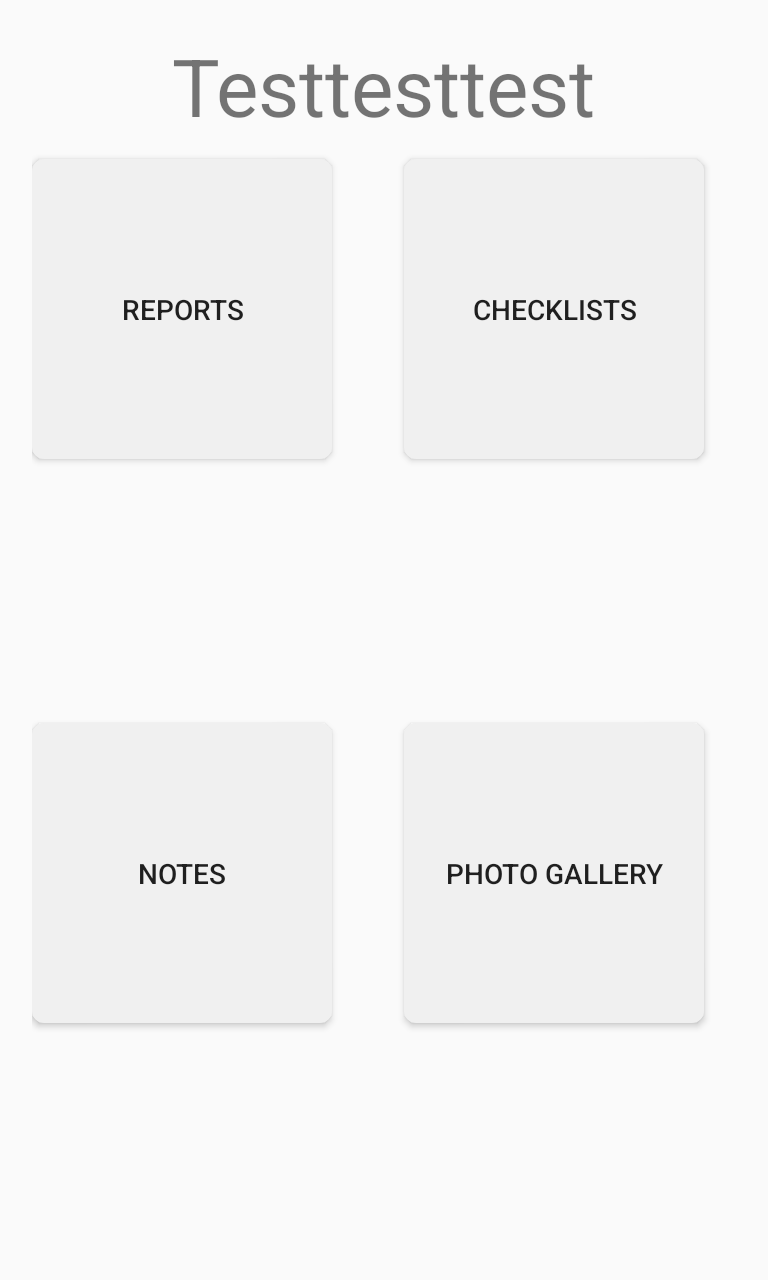
Repository: TheDizzler/shiny-octo-robot
Layout: Qdap/res/layout/fragment_categories.xml
The author's editor kept a copy of each file at every save. The layout is drawn from the files as they stood at one save, then again after the next save.
It is drawn on a 768 x 1280 px phone screen (xhdpi) without system bars, with theme AppTheme; the app's code is not run.

Above is the layout before, as saved 2014-05-15 00:04:42.

After the next save:
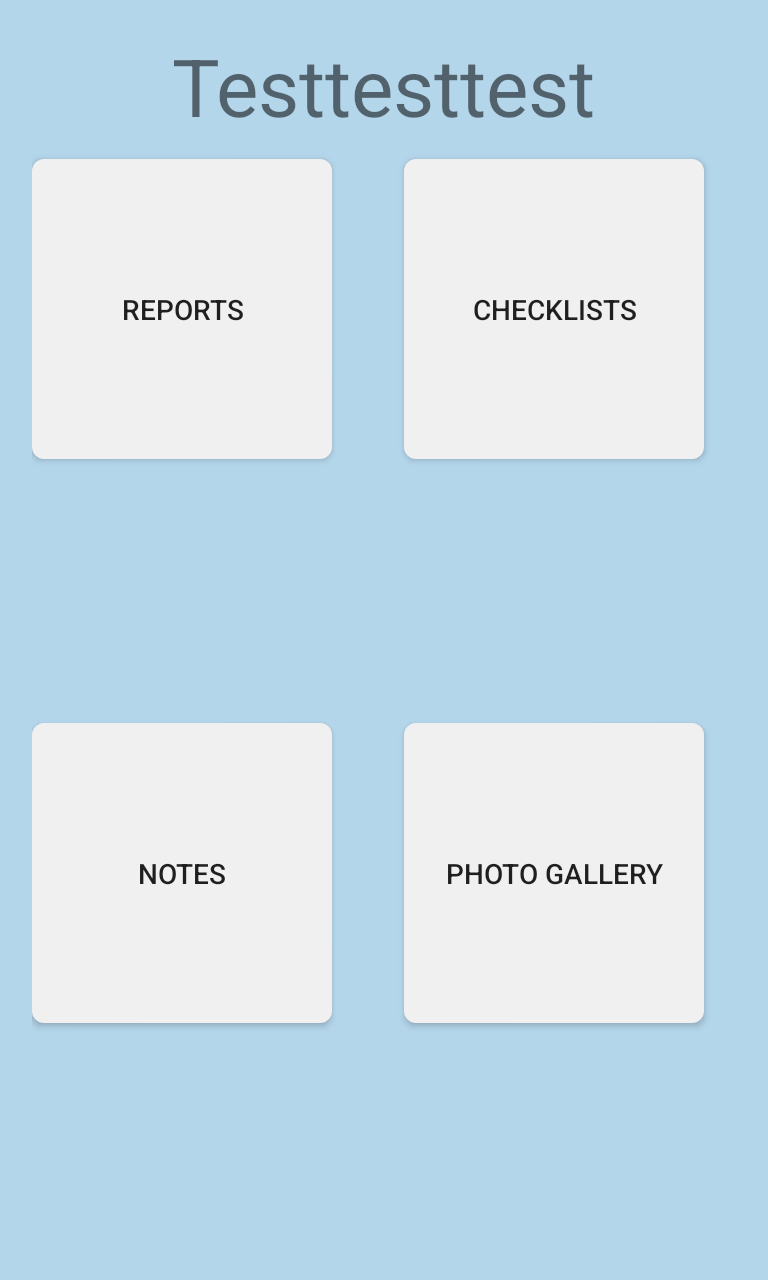
Saved 20 s later.
--- a/Qdap/res/layout/fragment_categories.xml
+++ b/Qdap/res/layout/fragment_categories.xml
@@ -1,6 +1,7 @@
 <GridLayout xmlns:android="http://schemas.android.com/apk/res/android"
     xmlns:tools="http://schemas.android.com/tools"
     android:id="@+id/GridLayout1"
+    android:background="#b4d6eb"
     android:layout_width="wrap_content"
     android:layout_height="wrap_content"
     android:layout_gravity="center"

After the 3 saves that followed:
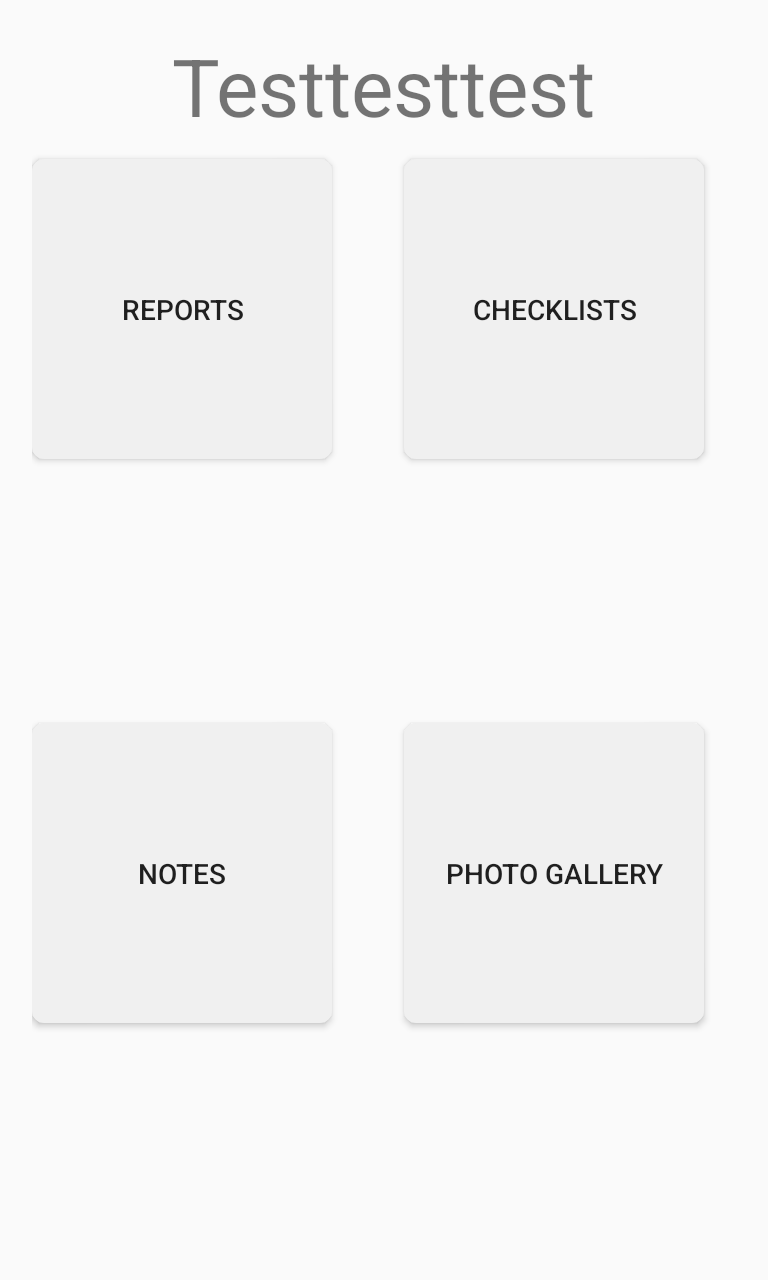
The 3 saves are shown as one change because 2 left the picture as it was.
The last was saved 78 s later.
--- a/Qdap/res/layout/fragment_categories.xml
+++ b/Qdap/res/layout/fragment_categories.xml
@@ -1,7 +1,6 @@
 <GridLayout xmlns:android="http://schemas.android.com/apk/res/android"
     xmlns:tools="http://schemas.android.com/tools"
     android:id="@+id/GridLayout1"
-    android:background="#b4d6eb"
     android:layout_width="wrap_content"
     android:layout_height="wrap_content"
     android:layout_gravity="center"
